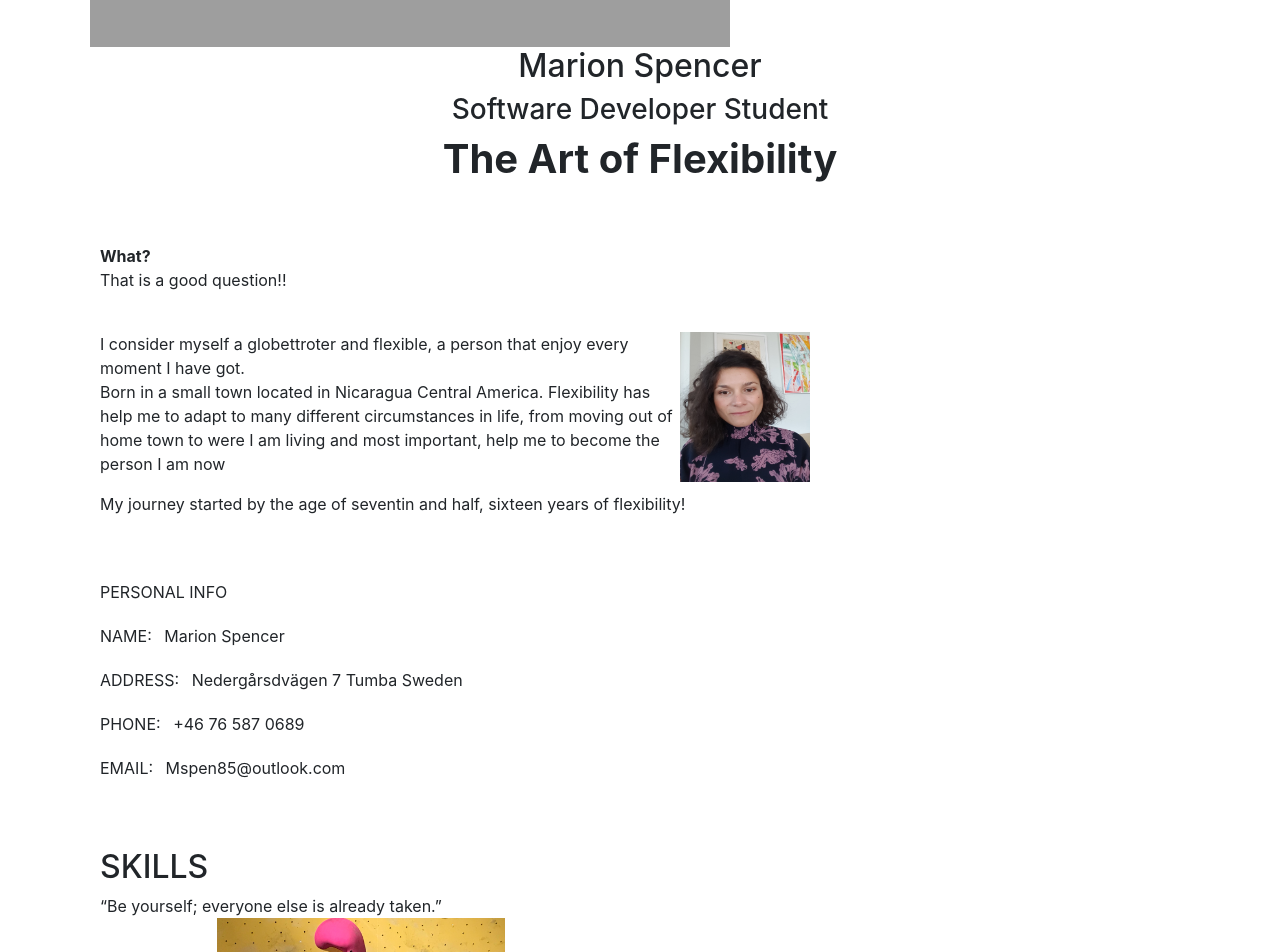
Repository: Dbyu85/m-spenc
Page: index.html
The author's editor kept a record of every edit. The page is drawn from the files as they stood at one moment, then again after the next edit.
The browser window is 1280 px wide. The pictures show the part of the page from y = 522 to 1474 px (the page is 2112 px tall before and 1141 px after).
Pictures or frames that could not be fetched are drawn as grey boxes. Some web fonts or font styles are not loaded; a fallback is used.

Above is the page before.

After the next edit:
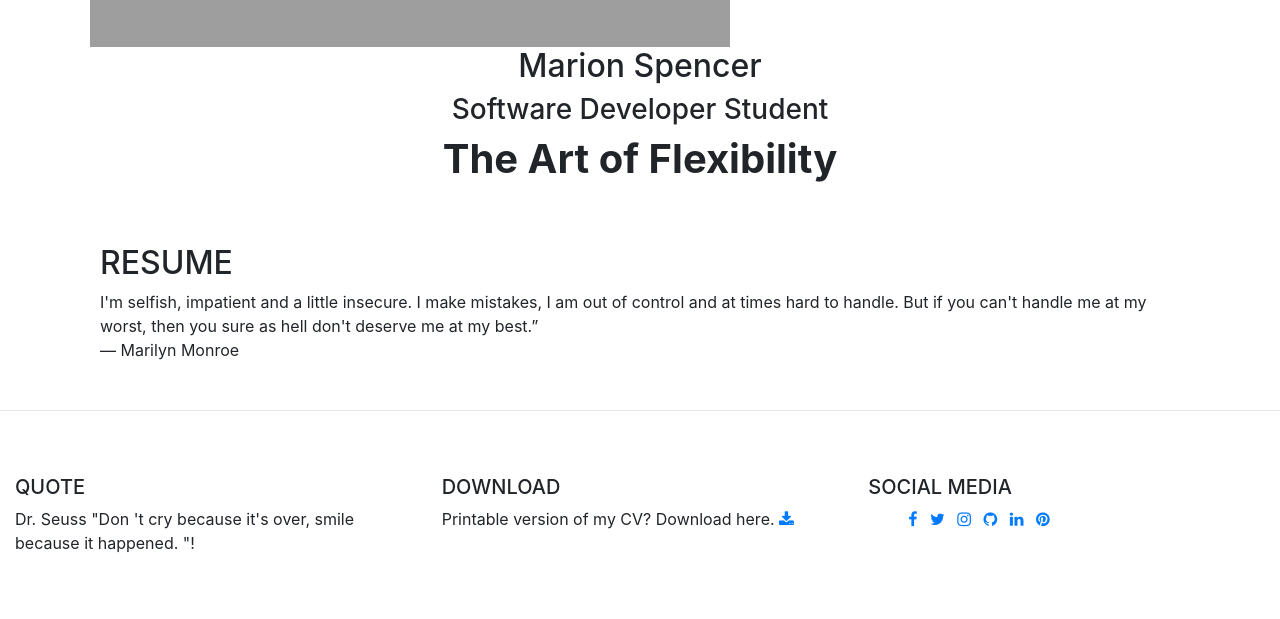
The edit:
--- a/index.html
+++ b/index.html
@@ -41,93 +41,7 @@
         </section>
     </header>
     <article class="container">
-        <section class="container presentation-container">
-            <div class=" presentation">
-                <div class="row">
-                    <div class="col-md-8 my-5">
-                        <div class="about">
-                            <p><strong>What?</strong><br> That is a good question!!</p><br>
-                            <p class="inline-block"><img src="image/img.jpg" ; style="float:right; width:130px; height:150px">I consider myself a globettroter and flexible, a person that enjoy every moment I have got.<br> Born in a small town located in Nicaragua Central America.
-                                Flexibility has help me to adapt to many different circumstances in life, from moving out of home town to were I am living and most important, help me to become the person I am now</p>
-                            <p>My journey started by the age of seventin and half, sixteen years of flexibility! </p>
-                        </div>
-                    </div>
-                </div>
-                <div class="row">
-                    <div class="col-12 bg-color">
-                        <div class="personal-info text-uppercase">personal info</div>
-                        <div class="personal-info-items">
-                            <div class="key">
-                                <p class="text-uppercase">
-                                    name:
-                                </p>
-                            </div>
-                            <div class="value">
-                                <p>
-                                    Marion Spencer
-                                </p>
-                            </div>
-                        </div>
-                        <div class="personal-info-items">
-                            <div class="key">
-                                <p class="text-uppercase">
-                                    address:
-                                </p>
-                            </div>
-                            <div class="value">
-                                <p>
-                                    Nedergårsdvägen 7 Tumba Sweden
-                                </p>
-                            </div>
-                        </div>
-                        <div class="personal-info-items">
-                            <div class="key">
-                                <p class="text-uppercase">
-                                    phone:
-                                </p>
-                            </div>
-                            <div class="value">
-                                <p>
-                                    +46 76 587 0689
-                                </p>
-                            </div>
-                        </div>
-                        <div class="personal-info-items">
-                            <div class="key">
-                                <p class="text-uppercase">
-                                    Email:
-                                </p>
-                            </div>
-                            <div class="value">
-                                <p>
-                                    Mspen85@outlook.com
-                                </p>
-                            </div>
-                        </div>
-                    </div>
-                </div>
-            </div>
-        </section>
 
-        <!--------------------------------------skills-->
-        <section class="skills">
-            <div class="col-6 my-5 ">
-                <div class="about ">
-                    <h2 class="about text-uppercase ">skills</h2>
-                    <p>“Be yourself; everyone else is already taken.” <br> ― Oscar Wilde <img src="image/climb.jpg" style="float:left: width:30vw; height:30vh"></p>
-                    <div class="row climb-container">
-                        <div class="col-md-6">
-
-                        </div>
-                    </div>
-                    <div class="progress">
-                        <div class="progress-bar" role="progressbar" style="width: 25%;" aria-valuenow="25" aria-valuemin="0" aria-valuemax="100">25%</div>
-                    </div>
-
-                </div>
-            </div>
-
-        </section>
 
         <!--------------------------------------resume-->
         <section class="resume">
